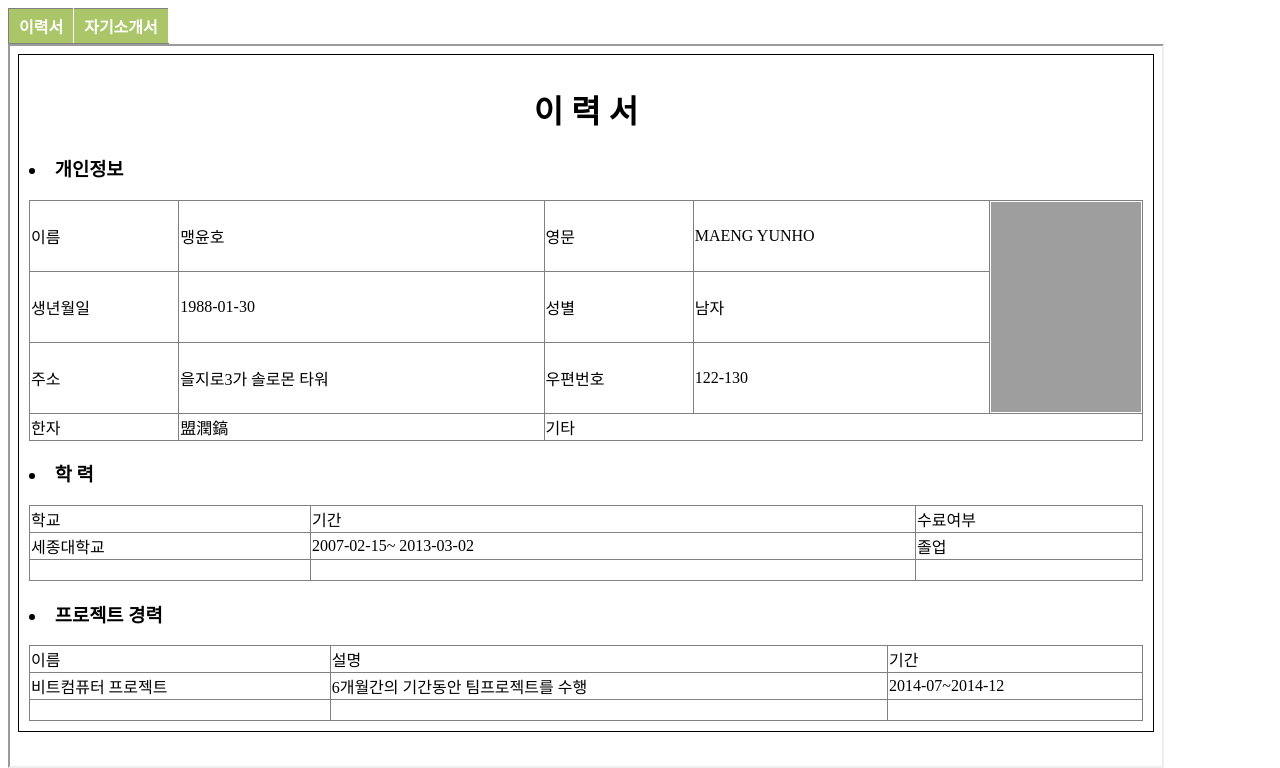
Repository: porivas/140630_Java
Page: http://localhost/web4_resume/totalLayout.jsp
These files come from the project's save history. The page is drawn as it stood at one moment and after the next save; the edit follows.
The browser window is 1280 px wide. The pictures show the whole page.
The page is served by Tomcat 9.

Above is the page before, as saved 2014-09-25 08:13:59.

### web4_resume/WebContent/totalLayout.jsp
<%@ page language="java" contentType="text/html; charset=UTF-8"
    pageEncoding="UTF-8"%>
<!DOCTYPE html PUBLIC "-//W3C//DTD HTML 4.01 Transitional//EN" "http://www.w3.org/TR/html4/loose.dtd">
<html>
<head>
<meta http-equiv="Content-Type" content="text/html; charset=UTF-8">
<title>Insert title here</title>
</head>
<body>
		<style type="text/css">
		  table.ex1 {
		     border-collapse: collapse;
		  }
		  .ex1 th, .ex1 td {padding:5px 10px}
			.ex1 caption {font-weight:700; font-size:20px; padding:5px; color:#1BA6B2; text-align:left; margin-bottom:5px}
			.ex1 thead th {background:#ABC668; color:#fff; text-align:center; border-right:1px solid #fff}
			.ex1 tbody th {text-align:left; width:12%}
			.ex1 tbody td.date1 {text-align:center; width:8%}
			.ex1 tbody td.desc {text-align:left; width:35%}
			.ex1 tbody tr.odd {background:#f9f9f9}
			.ex1 tbody tr.odd th {background:#f2f2f2}
			.ex1 tbody tr:hover {background:#F3F5BB}
			.ex1 tbody tr:hover th {background:#F2F684; color:#1BA6B2}
			.ex1 tfoot tr {border-top:6px solid #E9F7F6; color:#1BA6B2}
			.ex1 tfoot th {text-align:left; padding-left:10px}
		html {

		}
			.other, .parent {
			    border: 4px solid green;
			    margin: 5px;
			}
			.me {
			    background-color: ;
			    position: absolute;
			    width: 90%;
			    height: 100%;
			}
		</style>
		<div id="button">
		<table class="ex1" border="1" >
			<tr align = "left">
				<thead><a href="resume.jsp"  target="story1"><th scope="col">이력서</th></a>
				<th scope="col">자기소개서</th></thead>
			</tr>
		</table>
		</div>
		<div class ="me" id="story1">
				<iframe src="resume.jsp" width=100% height=100%>
		<table border="1" width=800	>

		</table>
		</iframe>
		</div>
</body>
</html>

### web4_resume/WebContent/resume.jsp
<%@ page language="java" contentType="text/html; charset=UTF-8"
    pageEncoding="UTF-8"%>
<!DOCTYPE html PUBLIC "-//W3C//DTD HTML 4.01 Transitional//EN" "http://www.w3.org/TR/html4/loose.dtd">
<html>
<head>
<meta http-equiv="Content-Type" content="text/html; charset=UTF-8">
<title>이력서 타이틀 입니다.</title>
</head>
<body>
	<div id="background" style="border-top:1px solid; border-bottom:1px solid; border-left:1px solid; border-right:1px solid; padding:10px;">
	<center><h1>이 력 서</h1></center>
		<h3><li>개인정보</h3></li>
		<div id="firstparagraph">
		<type = text/css>
		<style type="text/css">
		  table {
		     border-collapse: collapse;
		  }
		</style>
		<table border="1" width=100%>
			<tr align = "left">
				<td> 이름 </td>	<td> 맹윤호 </td>	<td> 영문 </td>	<td> MAENG YUNHO </td>	<td rowspan=3 width=150 height=210  ><center><img src="images.jpg" width=150 height=210></center></td>
			</tr>
			<tr>
				<td> 생년월일 </td>	<td> 1988-01-30 </td>	<td> 성별 </td>	<td> 남자 </td>
			</tr>
			<tr>
				<td> 주소 </td>	<td> 을지로3가 솔로몬 타워 </td>	<td> 우편번호 </td>	<td> 122-130 </td>
			</tr>
			<tr>
				<td> 한자 </td> <td> 盟潤鎬  </td> <td  colspan=3> 기타 </td>
			</tr>
		</table>
		</div>
		<h3><li>학 력</h3></li>
		<div id="secondparagraph" >
		<style type="text/css">
		  table {
		     border-collapse: collapse;
		  }
		</style>
		<table border="1" width=100%>
			<tr align = "left">
				<td> 학교 </td>	<td> 기간 </td>	<td> 수료여부 </td>
			</tr>
			<tr>
				<td> 세종대학교 </td>	<td> 2007-02-15~ 2013-03-02 </td>	<td> 졸업 </td>
			</tr>
			<tr>
				<td> <br> </td>	<td>  </td>	<td>  </td>
			</tr>
		</table>
		</div>

		<h3><li>프로젝트 경력</h3></li>
		<div id="thirdparagraph" >
		<style type="text/css">
		  table {
		     border-collapse: collapse;
		  }
		</style>
		<table border="1" width=100%>
			<tr align = "left">
				<td> 이름 </td>	<td> 설명 </td>	<td> 기간 </td>
			</tr>
			<tr>
				<td> 비트컴퓨터 프로젝트 </td>	<td> 6개월간의 기간동안 팀프로젝트를 수행 </td>	<td> 2014-07~2014-12 </td>
			</tr>
			<tr>
				<td>  <br> </td>	<td>  </td>	<td>  </td>
			</tr>
		</div>

	</div>
</body>
</html>

After the next save:
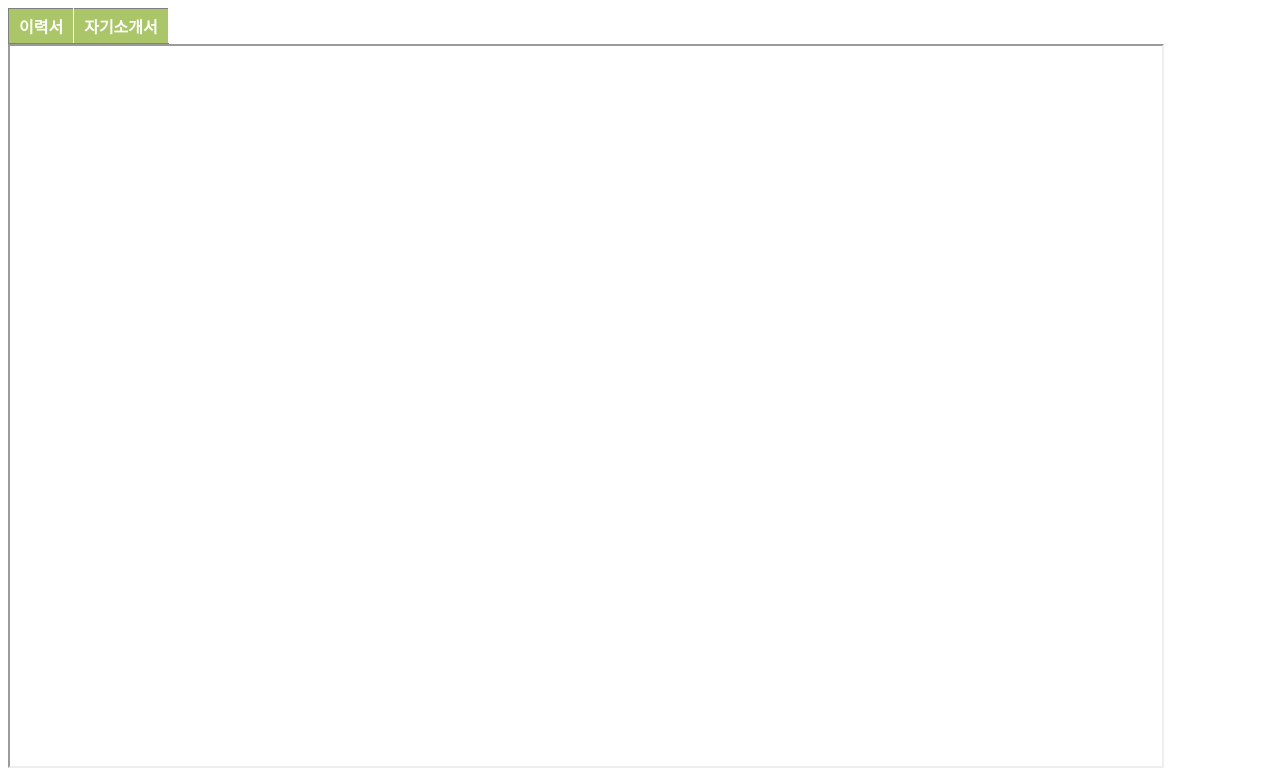
Saved 64 s later.
--- a/web4_resume/WebContent/totalLayout.jsp
+++ b/web4_resume/WebContent/totalLayout.jsp
@@ -40,13 +40,13 @@
 		<div id="button">
 		<table class="ex1" border="1" >
 			<tr align = "left">
-				<thead><a href="resume.jsp"  target="story1"><th scope="col">이력서</th></a>
+				<thead><a href="resume.jsp"  target="content"><th scope="col">이력서</th></a>
 				<th scope="col">자기소개서</th></thead>
 			</tr>
 		</table>
 		</div>
 		<div class ="me" id="story1">
-				<iframe src="resume.jsp" width=100% height=100%>
+				<iframe name="content" width=100% height=100%>
 		<table border="1" width=800	>
 
 		</table>
